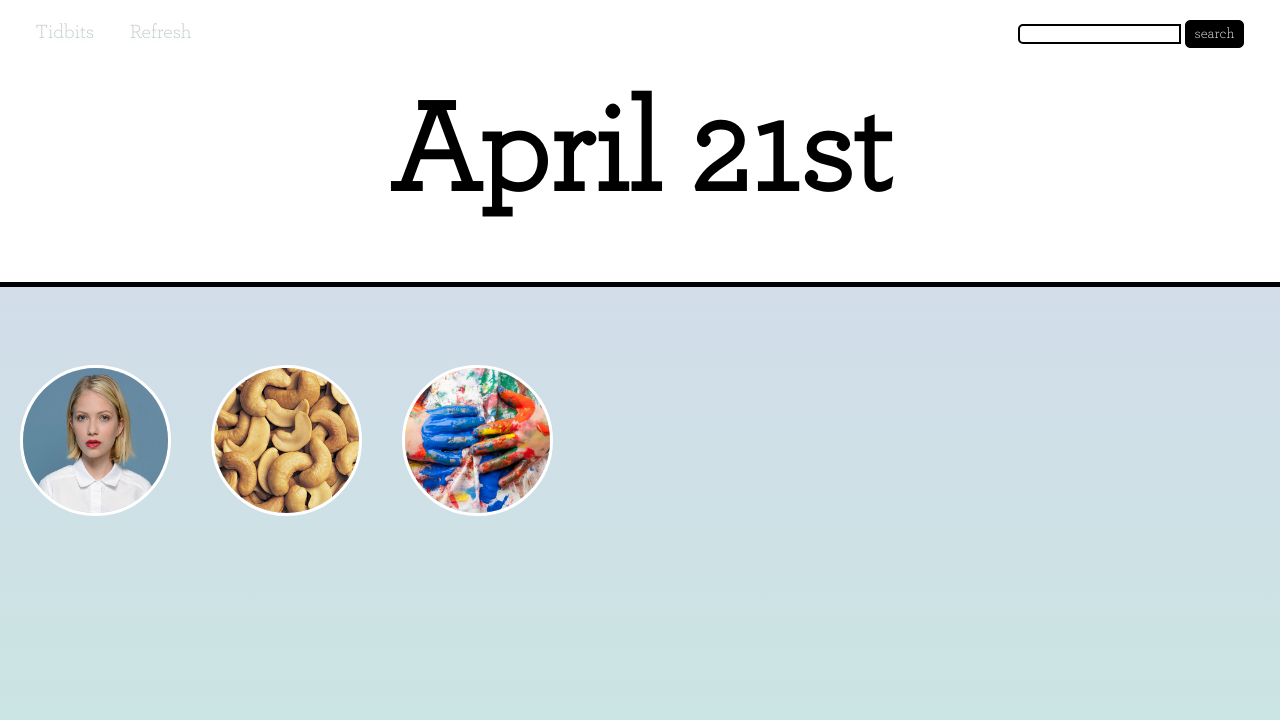
Repository: kklasmei/kklasmei.github.io
Page: tidbits/april21.html
The author's editor kept a record of every edit. The page is drawn from the files as they stood at one moment, then again after the next edit.
The browser window is 1280 px wide. The pictures show the whole page.

Above is the page before.

### tidbits/april21.html
<html>
    <head>
        <title>April 21</title>
        <link rel="stylesheet" href="tidbits.css">
        <link rel="stylesheet" href="jstyle.css"/>
  <meta charset="utf-8">
    </head>
    <body>
     <div id= "top">
         <div id="search">
		<form id="searchbody" method="get" action="home.html">
		        <input type="text" class="bar" maxlength="70">
		        <input type="submit" value="search" class="button">
		</form>
		    	<p1><a href="home.html">Tidbits</a></p1>
		    	<p1><a href="april21.html">Refresh</a></p1>

	<div class="tfclear"></div>
	</div>
        <h1> April 21st </h1>
        <br>
        <br>
        <br>
        <hr>
        </div>
    	<br>

        <div class="imgs">
        </div>

    <div id= "tavitext">
        <p1>happy birthday</p1>
    </div>

    <script src="jquery.js"></script>
    <script src="script.js"></script>
    </body>
</html>

### tidbits/tidbits.css
@font-face {
  font-family: 'Archer-Light';
  src: url('Archer-Light/Archer-Light.eot?#iefix') format('embedded-opentype'),  url('Archer-Light/Archer-Light.otf')  format('opentype'),
	     url('Archer-Light/Archer-Light.woff') format('woff'), url('Archer-Light/Archer-Light.ttf')  format('truetype'), url('Archer-Light/Archer-Light.svg#Archer-Light') format('svg');
  font-weight: normal;
  font-style: normal;
}

h1 {
    text-align: center;
    font-size: 130px;
    padding-top: 10;
    margin-bottom: -10;
    margin-top: 0;
    font-family: 'Archer-Light';
    color: #000;
    cursor: default;
}

h2 {
    text-align: center;
    font-size: 14;
    font-family: 'Archer-Light';
    padding-bottom: 8;
    padding-top: -40;
    margin: 0;
    cursor: default;
}

body {
    margin: 0;
    padding: 0;
 background-image: no-repeat -webkit-gradient(linear, 0 0, 0 100%, from(#d6d7ed), to(#cbe5e3)) fixed center;
 background-image: -webkit-linear-gradient(#d6d7ed, #cbe5e3) fixed center;
 background-image: linear-gradient(#d6d7ed, #cbe5e3);
    background-repeat: no-repeat, no-repeat, no-repeat;
    background-position: center;
}


hr {
    margin-bottom: 40;
    width: 100%;
    color: #000;
    display: block;
    height: 5px;
    background-color: black;
    border: none;
}

#submit {
    text-align: center;
    border-radius: 8px;
}


.month, .day {
    display: inline;
}

.date {
    text-align: center;
}

#searchbody {
	float: right;
	padding-right: 2%;
	padding-top: 20px;
	margin-right: 10px;
}

option {
    font-size: 30px;
}

.bar {
		margin: 0;
		padding: 1px 10px;
		font-family: 'Archer-Light';
		font-size: 12px;
		border: 2px solid #000;
		border-right: -7px;
		border-top-left-radius: 5px 5px;
		border-bottom-left-radius: 5px 5px;
		background-color: transparent;
}

.bar:focus {
    outline: none;
}

.button {
		margin: 0;
		font-family: 'Archer-Light';
		cursor: pointer;
		text-align: center;
		outline: none;
		color: #fff;
		border: solid 1px #000;
		background: #99c7c8;
		background: -webkit-gradient(linear, left top, left bottom, from(#000), to(#000));
		background: -moz-linear-gradient(top,  #cbe5e3,  #cbe5e3);
		border-top-right-radius: 5px 5px;
		border-bottom-right-radius: 5px 5px;
		border-top-left-radius: 5px 5px;
		border-bottom-left-radius: 5px 5px;
	}

input[value="view gallery"] {
    font-size: 20px;
	padding: 8px 12px;

}

input[value="search"] {
    font-size: 15px;
    padding: 4px 9px;
}

	.tfbutton:hover {
		text-decoration: none;
		background: #99c7c8;
		background: -webkit-gradient(linear, left top, left bottom, from(#99c7c8), to(#99c7c8));
		background: -moz-linear-gradient(top,  #99c7c8,  #99c7c8);
	}
	/* Fixes submit button height problem in Firefox */
	.tfbutton::-moz-focus-inner {
	  border: 0;
	}
	.tfclear{
		clear:both;
	}

p1 {
    font-family: 'Archer-Light';
    float: left;
    font-size: 20;
    padding-top: 20px;
    margin-left: 10px;
    padding-left: 2%;
    opacity: .6;
    background-color: #565656;
    color: transparent;
    text-shadow: 0px 2px 3px rgba(167,219,219,.5);
  -webkit-background-clip: text;
     -moz-background-clip: text;
          background-clip: text;
}

p1, #searchbody {
    display: inline;
}

.imgs {
     display: block;
     margin-left: auto;
     margin-right: auto;
}

.month select {
  background: #fff;
  width: 275px;
  height: 60px;
  font-family: 'Archer-Light';
  padding-left: 15px;
  font-size: 40px;
	border: 2px solid #000;   border-radius: 10;
  -webkit-appearance: none;
  color: #000;
  cursor: pointer;
}

.month {
  width: 140px;
  height: 64px;
  overflow: hidden;
  /*background: url("imgs/triangle.png") no-repeat right #fff;*/
  border: 0px solid #000;
  border-radius: 4px;
  cursor: pointer;
  padding-right: 10;
}

.day select {
  background: #fff;
  width: 95px;
  height: 60px;
  font-family: 'Archer-Light';
  padding-left: 15px;
  font-size: 40px;
	border: 2px solid #000;   border-radius: 10;
  -webkit-appearance: none;
  color: #000;
  cursor: pointer;
}

.day {
  width: 140px;
  height: 64px;
  overflow: hidden;
  background: url("imgs/triangle.png") no-repeat right #fff;
  border: 0px solid #000;
  border-radius: 4px;
}

a:link {
    opacity: .6;
    background-color: #565656;
    color: transparent;
    text-decoration: none;
    text-shadow: 0px 2px 3px rgba(167,219,219,.5);
  -webkit-background-clip: text;
     -moz-background-clip: text;
    background-clip: text;
}

a:visited {
    opacity: .6;
    background-color: #565656;
    color: transparent;
    text-decoration: none;
    text-shadow: 0px 2px 3px rgba(167,219,219,.5);
  -webkit-background-clip: text;
     -moz-background-clip: text;
    background-clip: text;
}

a:hover {
    opacity: .6;
    background-color: #99c7c8;
    color: transparent;
    text-decoration: none;
    text-shadow: 0px 2px 3px rgba(167,219,219,.5);
  -webkit-background-clip: text;
     -moz-background-clip: text;
    background-clip: text;
}

a:active {
    opacity: .6;
    background-color: #565656;
    color: transparent;
    text-decoration: none;
    text-shadow: 0px 2px 3px rgba(167,219,219,.5);
  -webkit-background-clip: text;
     -moz-background-clip: text;
    background-clip: text;
}

#top {
    background-color: #fff;
}


#tavi {
  border-radius: 50%;
  border-color: #fff;
  border-style: solid;
  margin: 20px;
}

#tavi:hover {
    opacity: .5;
    }

#library {
  border-radius: 50%;
  border-color: #fff;
  border-style: solid;
  margin: 20px;
}

#library:hover {
    opacity: .5;
    }

#worldsfair {
  border-radius: 50%;
  border-color: #fff;
  border-style: solid;
  margin: 20px;
}

#worldsfair:hover {
    opacity: .5;
    }

#kinder{
  border-radius: 50%;
  border-color: #fff;
  border-style: solid;
  margin: 20px;
}

#kinder:hover {
    opacity: .5;
    }

#cashews {
  border-radius: 50%;
  border-color: #fff;
  border-style: solid;
  margin: 20px;
}

#cashews:hover {
    opacity: .5;
    }

#textcontent {
    display: table-cell;
    opacity: 0;
}

#textcontent:hover {
    opacity: 1;
}

.myArray {
    display: block;
    margin-left: auto;
    margin-right: auto;
}

### tidbits/jstyle.css
.hidden {
    display: none !important;
    visibility: hidden;
}

### tidbits/script.js
/*var clicked = false;


$ ( "#toggle" ).click(function() {
if (clicked == false) {
    $( "#status" ).html( "GO" );
    $( "#status" ).css({"background-color" : "lime"});
    $( "#toggle").html("Stop");
    $( "#status" ).mousemove(function() {
        $( "#cat" ).show () });
    clicked = true
} else {
    $( "#status" ).html( "STOP" );
    $( "#status" ).css({"background-color" : "red"});
    $( "#toggle").html("Start");
    $( "#status" ).html(function() {
        $( "#cat").remove () });
    clicked  = false
}

});

*/

var myArray = ['<img id="tavi" src="imgs/tavi.jpg" alt="tavi" height="145" width="145">', '<img id="worldsfair" src="imgs/worldsfair.jpg" alt="worldsfair" height="145" width="145">', '<img id="library" src="imgs/library.jpg" alt="library" height="145" width="145">', '<img id="kinder" src="imgs/kinder.jpg" alt="kinder" height="145" width="145">', '<img id="cashews" src="imgs/cashews.jpg" alt="cashews" height="145" width="145">'];

for (var i=0; i < 3; i++) {

    var imgtoappend = Math.floor(Math.random() * myArray.length);
    console.log("imgtoappend = " + imgtoappend);
    console.log("APPEND THIS IMAGE: " + myArray[imgtoappend]);
    $(".imgs").append(myArray[imgtoappend]);
        console.log(myArray);
    myArray.splice(imgtoappend, 1);
        console.log(myArray);
}

$( "#tavitext" ) .remove ();

$( "#cashew.jpg" ).mouseenter(function() {
  $( "#cashewt.jpg" ).show () });

Loaded but not shown: tidbits/jquery.js (library)

After the next edit:
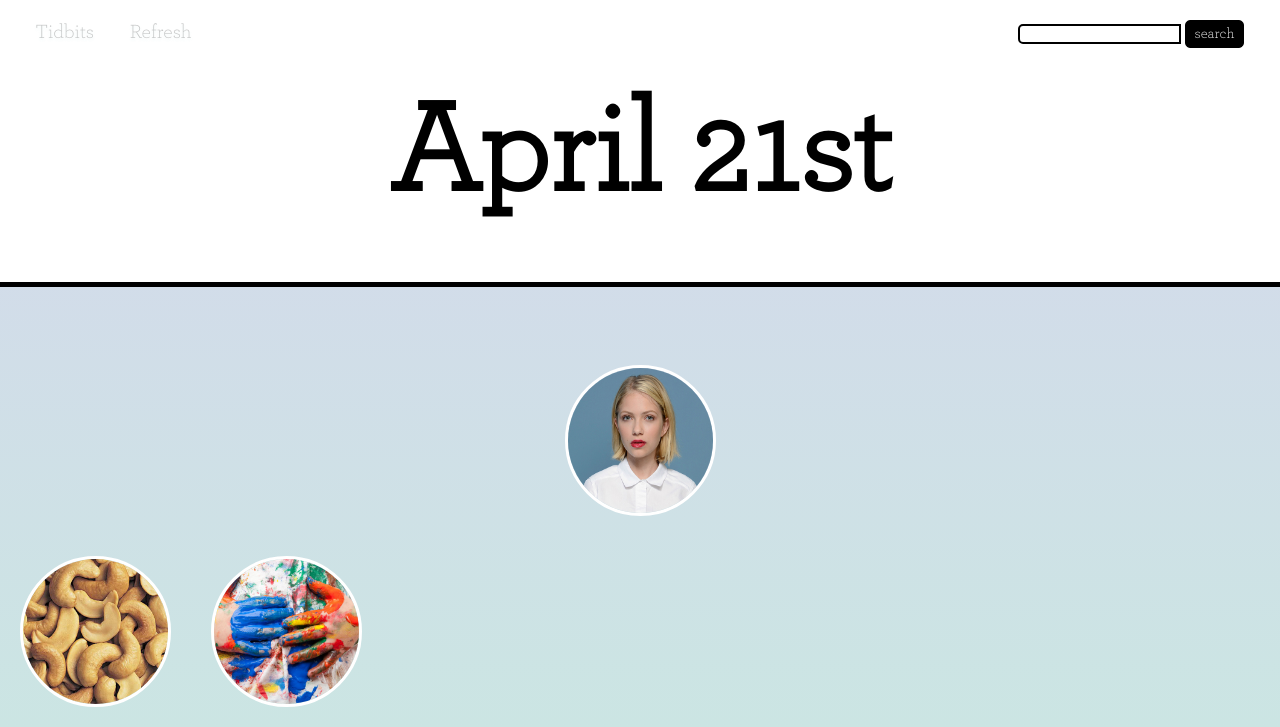
The edit:
--- a/tidbits/tidbits.css
+++ b/tidbits/tidbits.css
@@ -257,6 +257,9 @@
   border-color: #fff;
   border-style: solid;
   margin: 20px;
+  display: block;
+    margin-left: auto;
+    margin-right: auto;
 }
 
 #tavi:hover {
